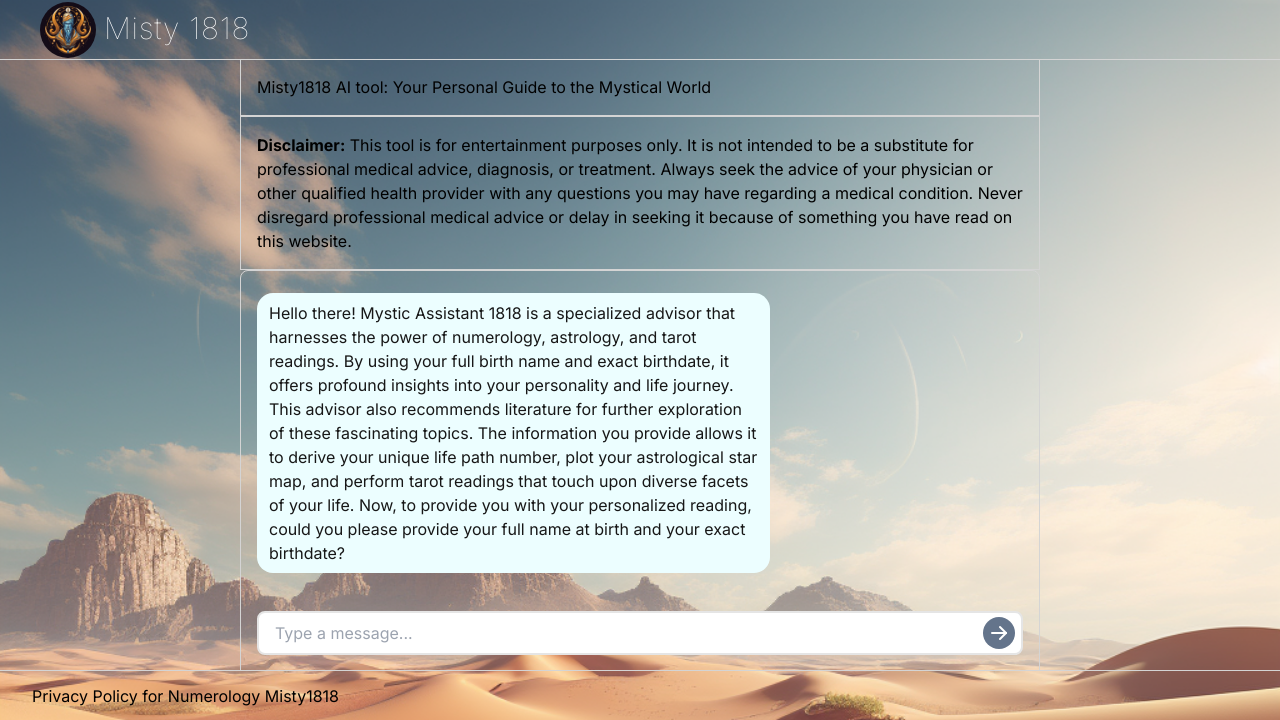
Repository: nirlevi/misty1818
Page: /
The author's editor kept a copy of each file at every save. The page is drawn from the files as they stood at one save, then again after the next save.
The browser window is 1280 px wide. The pictures show the whole page.
An inner scrolling area shows only its first screen. The project was rebuilt for these pictures with package versions that can differ from the ones it lists, and the page was loaded fresh each time. The framework's server and built-in components were replaced by stand-ins that run in the browser. Also part of the build but not shown: next.config.js, components/Chat/ChatLoader.tsx.

Above is the page before, as saved 2023-08-13 12:18:21.

### pages/_app.tsx
import "@/styles/globals.css";
import type { AppProps } from "next/app";
import { Inter } from "next/font/google";

const inter = Inter({ subsets: ["latin"] });

export default function App({ Component, pageProps }: AppProps<{}>) {
  return (
    <main className={inter.className}>
      <Component {...pageProps} />
    </main>
  );
}

### pages/index.tsx
import { Chat } from "@/components/Chat/Chat";
import { Footer } from "@/components/Layout/Footer";
import { Navbar } from "@/components/Layout/Navbar";
import { Message } from "@/types";
import Head from "next/head";
import { useEffect, useRef, useState } from "react";

export default function Home() {
  const [messages, setMessages] = useState<Message[]>([]);
  const [loading, setLoading] = useState<boolean>(false);

  const messagesEndRef = useRef<HTMLDivElement>(null);

  const scrollToBottom = () => {
    messagesEndRef.current?.scrollIntoView({ behavior: "smooth" });
  };

  const handleSend = async (message: Message) => {
    const updatedMessages = [...messages, message];

    setMessages(updatedMessages);
    setLoading(true);

    const response = await fetch("/api/chat", {
      method: "POST",
      headers: {
        "Content-Type": "application/json"
      },
      body: JSON.stringify({
        messages: updatedMessages
      })
    });

    if (!response.ok) {
      setLoading(false);
      throw new Error(response.statusText);
    }

    const data = response.body;

    if (!data) {
      return;
    }

    setLoading(false);

    const reader = data.getReader();
    const decoder = new TextDecoder();
    let done = false;
    let isFirst = true;

    while (!done) {
      const { value, done: doneReading } = await reader.read();
      done = doneReading;
      const chunkValue = decoder.decode(value);

      if (isFirst) {
        isFirst = false;
        setMessages((messages) => [
          ...messages,
          {
            role: "assistant",
            content: chunkValue
          }
        ]);
      } else {
        setMessages((messages) => {
          const lastMessage = messages[messages.length - 1];
          const updatedMessage = {
            ...lastMessage,
            content: lastMessage.content + chunkValue
          };
          return [...messages.slice(0, -1), updatedMessage];
        });
      }
    }
  };

  const handleReset = () => {
    setMessages([
      {
        role: "assistant",
        // content: `Hi there! I'm Chatbot UI, an AI assistant. I can help you with things like answering questions, providing information, and helping with tasks. How can I help you?`
        content: `Hello there! Mystic Assistant 1818 is a specialized advisor that harnesses the power of numerology, astrology, and tarot readings. By using your full birth name and exact birthdate, it offers profound insights into your personality and life journey. This advisor also recommends literature for further exploration of these fascinating topics. The information you provide allows it to derive your unique life path number, plot your astrological star map, and perform tarot readings that touch upon diverse facets of your life. Now, to provide you with your personalized reading, could you please provide your full name at birth and your exact birthdate?`
      }
    ]);
  };

  useEffect(() => {
    scrollToBottom();
  }, [messages]);

  useEffect(() => {
    setMessages([
      {
        role: "assistant",
        content: `Hello there! Mystic Assistant 1818 is a specialized advisor that harnesses the power of numerology, astrology, and tarot readings. By using your full birth name and exact birthdate, it offers profound insights into your personality and life journey. This advisor also recommends literature for further exploration of these fascinating topics. The information you provide allows it to derive your unique life path number, plot your astrological star map, and perform tarot readings that touch upon diverse facets of your life. Now, to provide you with your personalized reading, could you please provide your full name at birth and your exact birthdate?`
      }
    ]);
  }, []);

  return (
    <>
      <Head>
        <title>Mystic 1818</title>
        <meta
          name="description"
          content="Mystic Assistant 1818, and I'm like a helper who knows a lot about special things like numbers (numerology), stars (astrology), and a type of card game (tarot). Using your name and birthday, I can help answer big questions about who you are and what your life might be like.
          I keep learning more and more so I can give you really good and detailed answers. If you want, I can also suggest books that can help you learn more about these cool subjects!
          Developed by: https://www.linkedin.com/company/mldk-tech/"
        />
        <meta
          name="viewport"
          content="width=device-width, initial-scale=1"
        />
        <link
          rel="icon"
          href="/favicon.ico"
        />
      </Head>

      <div className="flex flex-col h-screen">
        <Navbar />

        <div className="flex-1 overflow-auto sm:px-10 pb-4 sm:pb-10">
          <div className="max-w-[800px] mx-auto mt-4 sm:mt-12">
            <Chat
              messages={messages}
              loading={loading}
              onSend={handleSend}
              onReset={handleReset}
            />
            <div ref={messagesEndRef} />
          </div>
        </div>
        <Footer />
      </div>
    </>
  );
}

### styles/globals.css
@tailwind base;
@tailwind components;
@tailwind utilities;

body {
    background-image: url('/desert.png');
    background-repeat: no-repeat;
    background-size: cover;
    background-attachment: fixed;
  }

### components/Chat/Chat.tsx
import { Message } from "@/types";
import { FC } from "react";
import { ChatInput } from "./ChatInput";
import { ChatLoader } from "./ChatLoader";
import { ChatMessage } from "./ChatMessage";

interface Props {
  messages: Message[];
  loading: boolean;
  onSend: (message: Message) => void;
  onReset: () => void;
}

export const Chat: FC<Props> = ({ messages, loading, onSend, onReset }) => {
  return (
    <>
      <h1 className=" px-2 sm:p-4 sm:border border-neutral-300">Misty1818 AI tool: Your Personal Guide to the Mystical World</h1>
      <p className="px-2 sm:p-4 sm:border border-neutral-300">
        <strong>Disclaimer:</strong> This tool is for entertainment purposes
        only. It is not intended to be a substitute for professional medical
        advice, diagnosis, or treatment. Always seek the advice of your
        physician or other qualified health provider with any questions you may
        have regarding a medical condition. Never disregard professional medical
        advice or delay in seeking it because of something you have read on this
        website.
      </p>

      <div className="flex flex-col rounded-lg px-2 sm:p-4 sm:border border-neutral-300">
        {messages.map((message, index) => (
          <div
            key={index}
            className="my-1 sm:my-1.5"
          >
            <ChatMessage message={message} />
          </div>
        ))}

        {loading && (
          <div className="my-1 sm:my-1.5">
            <ChatLoader />
          </div>
        )}

        <div className="mt-4 sm:mt-8 bottom-[56px] left-0 w-full">
          <ChatInput onSend={onSend} />
        </div>
      </div>
    </>
  );
};

### components/Layout/Footer.tsx
import { FC } from "react";

export const Footer: FC = () => {
  return <div className="flex h-[30px] sm:h-[50px] border-t border-neutral-300 py-2 px-8 items-center sm:justify-between justify-center"><a href="policies/PrivacyPolicy.html">Privacy Policy for Numerology Misty1818</a></div>;
};

### components/Layout/Navbar.tsx
import { FC } from "react";

export const Navbar: FC = () => {
  return (
    <div className="flex h-[50px] sm:h-[60px] border-b border-neutral-300 py-2 px-2 sm:px-8 items-center justify-between">
      <div className="font-thin tracking-wide text-3xl flex items-center text-white">
        <a
          className="ml-2 hover:opacity-50"
          href="https://code-scaffold.vercel.app"
        >
          <div className="flex">
            <img src="misty_1818.png" alt="misty gini" className=" w-14 justify-center justify-items-center rounded-full" />
            <span className="justify-self-center pt-2 pl-2">Misty 1818</span>
          </div>
        </a>
      </div>
    </div>
  );
};

### components/Chat/ChatInput.tsx
import { Message } from "@/types";
import { IconArrowRight } from "@tabler/icons-react";
import { IconArrowRampRight, IconArrowUp } from "@tabler/icons-react";
import { FC, KeyboardEvent, useEffect, useRef, useState } from "react";

interface Props {
  onSend: (message: Message) => void;
}

export const ChatInput: FC<Props> = ({ onSend }) => {
  const [content, setContent] = useState<string>();

  const textareaRef = useRef<HTMLTextAreaElement>(null);

  const handleChange = (e: React.ChangeEvent<HTMLTextAreaElement>) => {
    const value = e.target.value;
    if (value.length > 4000) {
      alert("Message limit is 4000 characters");
      return;
    }

    setContent(value);
  };

  const handleSend = () => {
    if (!content) {
      alert("Please enter a message");
      return;
    }
    onSend({ role: "user", content });
    setContent("");
  };

  const handleKeyDown = (e: KeyboardEvent<HTMLTextAreaElement>) => {
    if (e.key === "Enter" && !e.shiftKey) {
      e.preventDefault();
      handleSend();
    }
  };

  useEffect(() => {
    if (textareaRef && textareaRef.current) {
      textareaRef.current.style.height = "inherit";
      textareaRef.current.style.height = `${textareaRef.current?.scrollHeight}px`;
    }
  }, [content]);

  return (
    <div className="relative">
      <textarea
        ref={textareaRef}
        className="min-h-[44px] rounded-lg pl-4 pr-12 py-2 w-full focus:outline-none focus:ring-1 focus:ring-neutral-300 border-2 border-neutral-200"
        style={{ resize: "none" }}
        placeholder="Type a message..."
        value={content}
        rows={1}
        onChange={handleChange}
        onKeyDown={handleKeyDown}
      />

      <button onClick={() => handleSend()}>
        <IconArrowRight className="absolute right-2 bottom-3 h-8 w-8 hover:cursor-pointer rounded-full p-1 bg-slate-500 text-white hover:opacity-80" />
      </button>
    </div>
  );
};

### components/Chat/ChatMessage.tsx
import { Message } from "@/types";
import { FC } from "react";

interface Props {
  message: Message;
}

export const ChatMessage: FC<Props> = ({ message }) => {
  return (
    <div className={`flex flex-col ${message.role === "assistant" ? "items-start" : "items-end"}`}>
      <div
        className={`flex items-center ${message.role === "assistant" ? "bg-cyan-50 text-neutral-900" : "bg-blue-900 text-white"} rounded-2xl px-3 py-2 max-w-[67%] whitespace-pre-wrap`}
        style={{ overflowWrap: "anywhere" }}
      >
        {message.content}
      </div>
    </div>
  );
};

Loaded but not shown: pages/_document.tsx (common file); tailwind.config.js (common file)

After the next save:
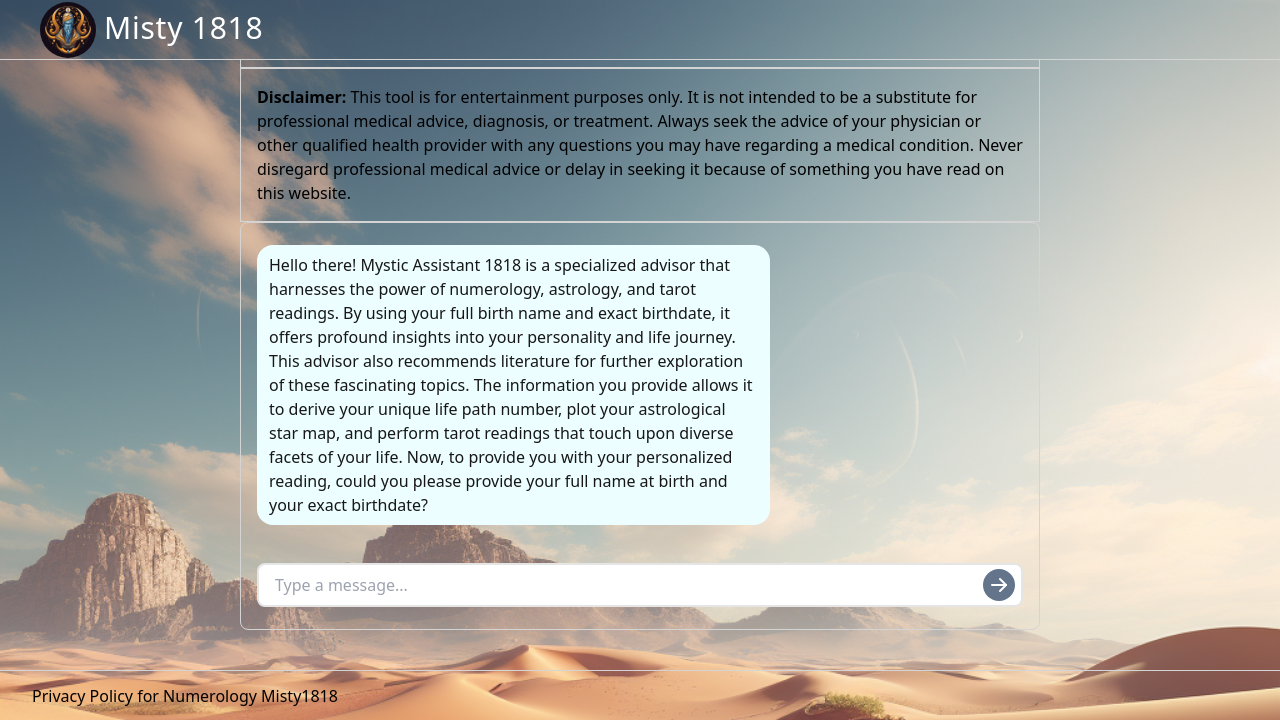
Saved 6 min 18 s later.
--- a/pages/_app.tsx
+++ b/pages/_app.tsx
@@ -1,12 +1,9 @@
 import "@/styles/globals.css";
 import type { AppProps } from "next/app";
-import { Inter } from "next/font/google";
-
-const inter = Inter({ subsets: ["latin"] });
 
 export default function App({ Component, pageProps }: AppProps<{}>) {
   return (
-    <main className={inter.className}>
+    <main>
       <Component {...pageProps} />
     </main>
   );
